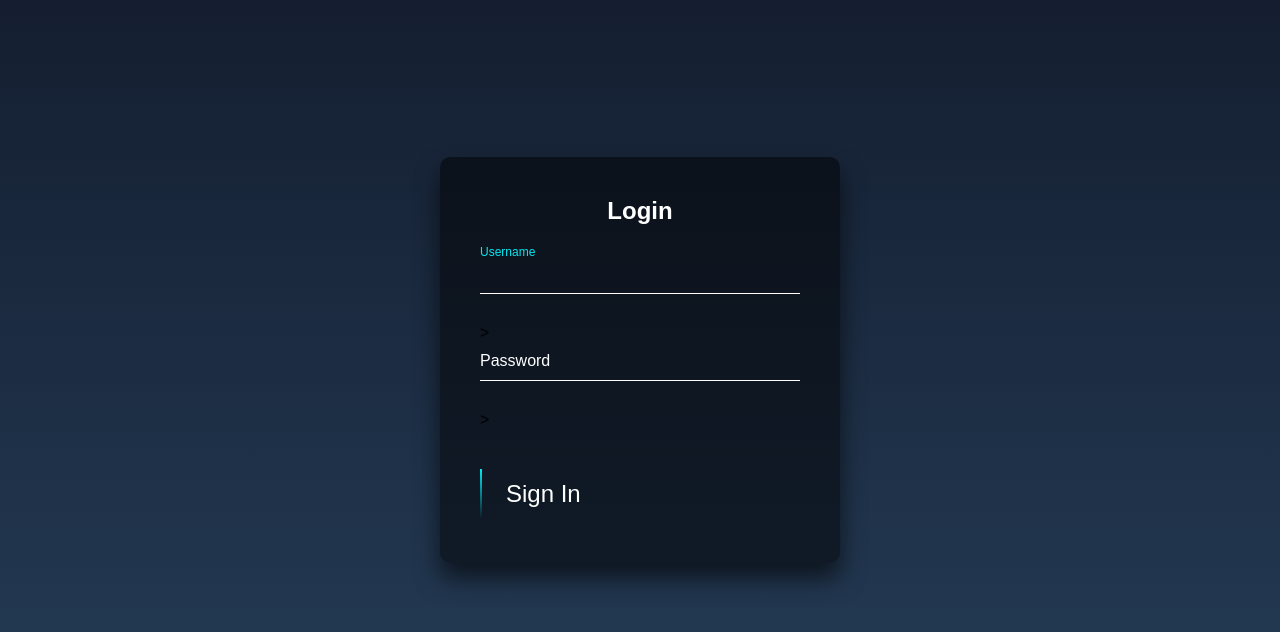
Repository: vanmai1912/CouresePJ
Page: http://localhost/login/
These files come from the project's save history. The page is drawn as it stood at one moment and after the next save; the edit follows.
The browser window is 1280 px wide. The pictures show the whole page.
The page is served by the project's application, run on Django 4.2 (manage.py). Other server files are loaded and not shown.

Above is the page before, as saved 2023-03-24 17:47:45.

### Courses/templates/registration/login.html
<!doctype html>
<html lang="en">
<head>
    <meta charset="UTF-8">
    {% load static %}
    <meta name="viewport"
          content="width=device-width, user-scalable=no, initial-scale=1.0, maximum-scale=1.0, minimum-scale=1.0">
    <meta http-equiv="X-UA-Compatible" content="ie=edge">
    <title>Document</title>
    <link rel="stylesheet" href="{% static 'css/login.css' %}">
</head>

<body>

<div class="login-box">
    <h2>Login</h2>
    <form action="" method="POST">

        {% csrf_token %}
        {% for key, value in form.errors.items %}
            {{value}}
        {% endfor %}
        <div class="user-box">
            <input type="text" {{form.username}} >
            <label>Username</label>
          </div>
          <div class="user-box">
            <input type="password"  {{form.password}}>
            <label>Password</label>
          </div>


          <a href="#">
            <span></span>
            <span></span>
            <span></span>
            <span></span>
            <input type="submit"  value="Sign In" >
          </a>



</form>
  </div>
</body>
</html>

### Courses/urls.py
from django.contrib import admin
from django.contrib.auth.views import LoginView
from django.urls import path, include
from . import views
from rest_framework.routers import DefaultRouter
from django.contrib.auth import views as auth_views

# router = DefaultRouter()
# router.register("categories", views.CategoryViewSet)
# router.register("courses", views.CourseViewSet)
# router.register("users", views.UserViewSet)
# router.register("teachers", views.TeacherViewSet)
# router.register("register", views.registerViewSet)


urlpatterns = [
    path('', views.index, name=''),
    path('login/', LoginView.as_view(), name='login'),
    path('classes/', views.classes, name="classes"),
    path('logout/', auth_views.LogoutView.as_view(next_page='/'), name='logout'),
    path('register/', views.register, name='register'),
    path('admin/', admin.site.urls, name='admin'),
   # path('payment/',views.payment,name='payment')

]

### Courses/static/css/login.css
html {
  height: 100%;
}
body {
  margin:0;
  padding:0;
  font-family: sans-serif;
  background: linear-gradient(#141e30, #243b55);
}

.login-box {
  position: absolute;
  top: 50%;
  left: 50%;
  width: 400px;
  padding: 40px;
  transform: translate(-50%, -50%);
  background: rgba(0,0,0,.5);
  box-sizing: border-box;
  box-shadow: 0 15px 25px rgba(0,0,0,.6);
  border-radius: 10px;
}

.login-box h2 {
  margin: 0 0 30px;
  padding: 0;
  color: #fff;
  text-align: center;
}

.login-box .user-box {
  position: relative;
}

.login-box .user-box input {
  width: 100%;
  padding: 10px 0;
  font-size: 16px;
  color: #fff;
  margin-bottom: 30px;
  border: none;
  border-bottom: 1px solid #fff;
  outline: none;
  background: transparent;
}
.login-box .user-box label {
  position: absolute;
  top:0;
  left: 0;
  padding: 10px 0;
  font-size: 16px;
  color: #fff;
  pointer-events: none;
  transition: .5s;
}

.login-box .user-box input:focus ~ label,
.login-box .user-box input:valid ~ label {
  top: -20px;
  left: 0;
  color: #03e9f4;
  font-size: 12px;
}

.login-box form a {
  position: relative;
  display: inline-block;
  padding: 10px 20px;
  color: #03e9f4;
  font-size: 16px;
  text-decoration: none;
  text-transform: uppercase;
  overflow: hidden;
  transition: .5s;
  margin-top: 40px;
  letter-spacing: 4px
}

.login-box a:hover {
  background: #03e9f4;
  color: #fff;
  border-radius: 5px;
  box-shadow: 0 0 5px #03e9f4,
              0 0 25px #03e9f4,
              0 0 50px #03e9f4,
              0 0 100px #03e9f4;
}

.login-box a span {
  position: absolute;
  display: block;
}

.login-box a span:nth-child(1) {
  top: 0;
  left: -100%;
  width: 100%;
  height: 2px;
  background: linear-gradient(90deg, transparent, #03e9f4);
  animation: btn-anim1 1s linear infinite;
}

@keyframes btn-anim1 {
  0% {
    left: -100%;
  }
  50%,100% {
    left: 100%;
  }
}

.login-box a span:nth-child(2) {
  top: -100%;
  right: 0;
  width: 2px;
  height: 100%;
  background: linear-gradient(180deg, transparent, #03e9f4);
  animation: btn-anim2 1s linear infinite;
  animation-delay: .25s
}

@keyframes btn-anim2 {
  0% {
    top: -100%;
  }
  50%,100% {
    top: 100%;
  }
}

.login-box a span:nth-child(3) {
  bottom: 0;
  right: -100%;
  width: 100%;
  height: 2px;
  background: linear-gradient(270deg, transparent, #03e9f4);
  animation: btn-anim3 1s linear infinite;
  animation-delay: .5s
}

@keyframes btn-anim3 {
  0% {
    right: -100%;
  }
  50%,100% {
    right: 100%;
  }
}

.login-box a span:nth-child(4) {
  bottom: -100%;
  left: 0;
  width: 2px;
  height: 100%;
  background: linear-gradient(360deg, transparent, #03e9f4);
  animation: btn-anim4 1s linear infinite;
  animation-delay: .75s
}

@keyframes btn-anim4 {
  0% {
    bottom: -100%;
  }
  50%,100% {
    bottom: 100%;
  }
}
input[type='submit']{
  background-color: transparent;
  color: #fff;
  border: none;
  font-size: 24px;
  font-weight: 500;
}

After the next save:
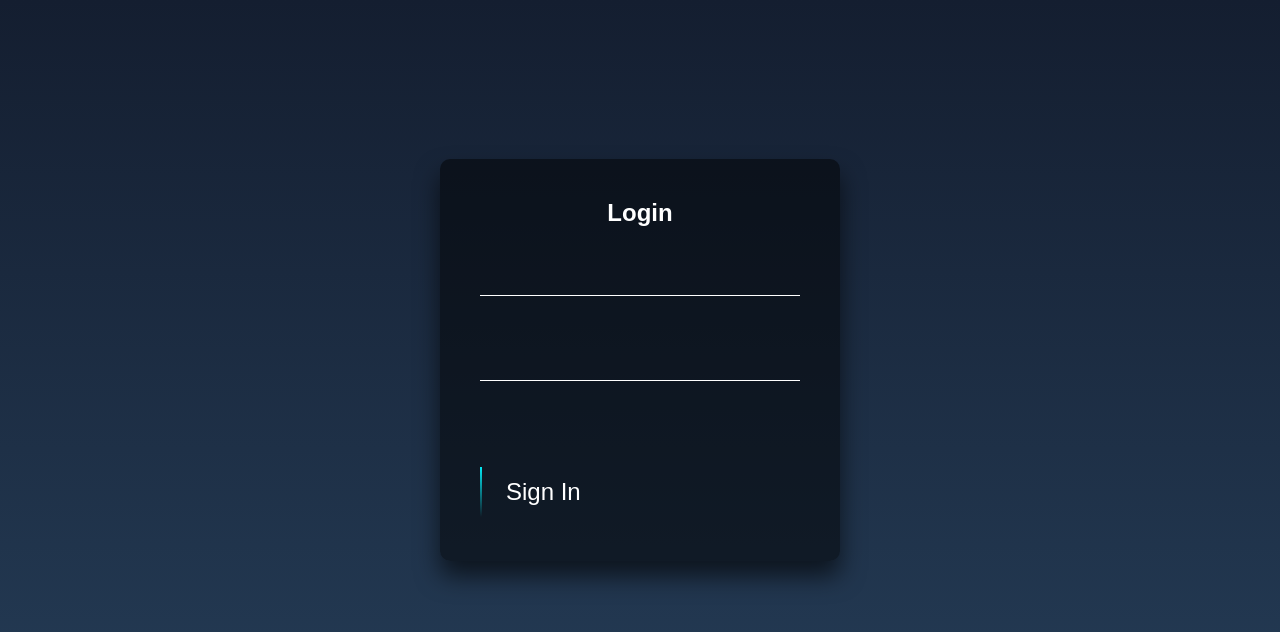
Saved 1 s later.
--- a/Courses/templates/registration/login.html
+++ b/Courses/templates/registration/login.html
@@ -7,10 +7,22 @@
           content="width=device-width, user-scalable=no, initial-scale=1.0, maximum-scale=1.0, minimum-scale=1.0">
     <meta http-equiv="X-UA-Compatible" content="ie=edge">
     <title>Document</title>
+    <script src='https://www.google.com/recaptcha/api.js'></script>
+
     <link rel="stylesheet" href="{% static 'css/login.css' %}">
+    <style>
+        label{
+            margin-bottom: 10px;
+        }
+        input{
+            width =100%;
+            placeholder = username;
+        }
+    </style>
 </head>
 
 <body>
+
 
 <div class="login-box">
     <h2>Login</h2>
@@ -20,21 +32,24 @@
         {% for key, value in form.errors.items %}
             {{value}}
         {% endfor %}
-        <div class="user-box">
-            <input type="text" {{form.username}} >
-            <label>Username</label>
-          </div>
-          <div class="user-box">
-            <input type="password"  {{form.password}}>
-            <label>Password</label>
-          </div>
+        <p class="user-box">
+          {{form.username}}
+          <label></label>
+          </p>
+          <p class="user-box">
+            {{form.password}}
+            <label></label>
+          </p>
+        <input type="hidden" name="next" value="/" >
 
 
-          <a href="#">
+          <a href="{% url '' %}">
             <span></span>
             <span></span>
             <span></span>
             <span></span>
+
+
             <input type="submit"  value="Sign In" >
           </a>
 
